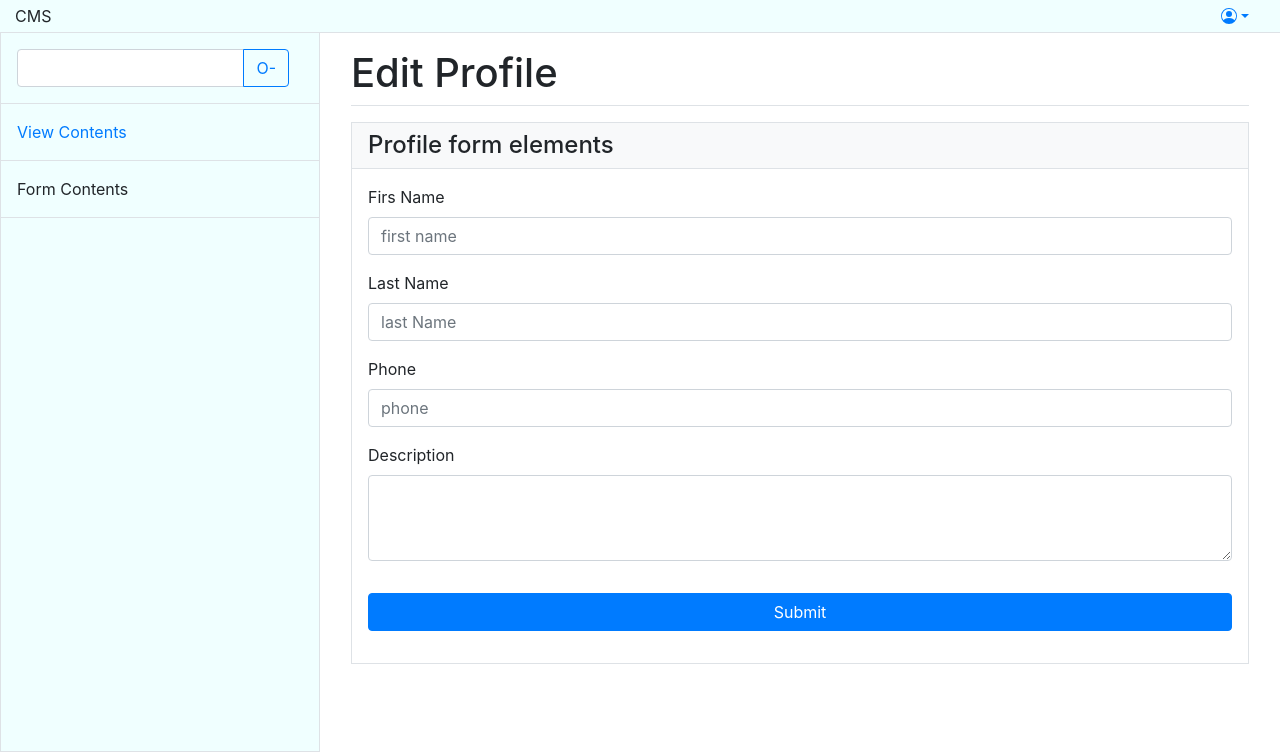
Repository: Thiuannh/springboot
Page: http://localhost/JACKMVC/WEB-INF/views/home.jsp
These files come from the project's save history. The page is drawn as it stood at one moment and after the next save; the edit follows.
The browser window is 1280 px wide. The pictures show the whole page.
The page is served by Tomcat 9. Nobody is signed in. The template is opened directly, without the code that normally fills it, so the values that code supplies are empty.

Above is the page before, as saved 2022-11-21 18:05:11.

After the next save:
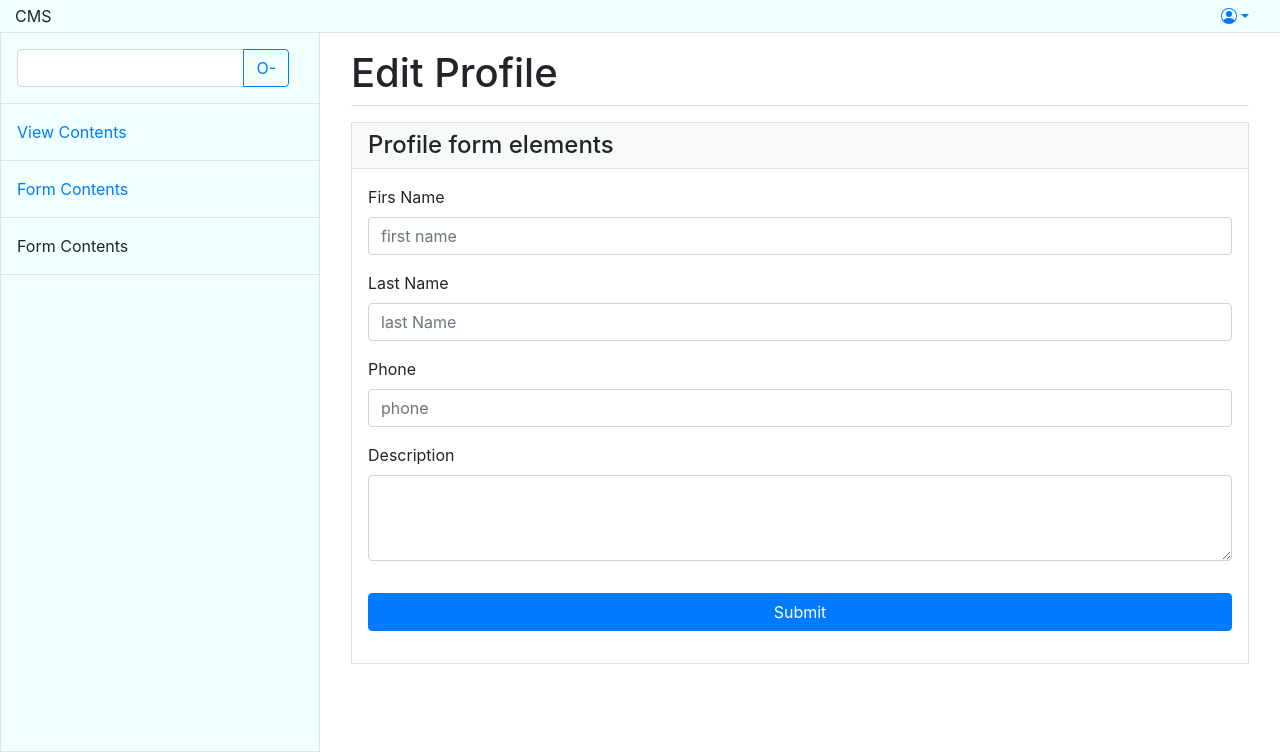
Saved 93 s later.
--- a/JACKMVC/src/main/webapp/WEB-INF/views/home.jsp
+++ b/JACKMVC/src/main/webapp/WEB-INF/views/home.jsp
@@ -63,6 +63,9 @@
 					</div>
 					<a href="./home"><div class="row view-contents py-3 pl-3 border-bottom border-top">
 						View Contents</div></a>
+
+						<a href="./home"><div class="row form-contents py-3 pl-3 border-bottom">Form
+						Contents</div></a>
 
 					<div class="row form-contents py-3 pl-3 border-bottom">Form
 						Contents</div>
